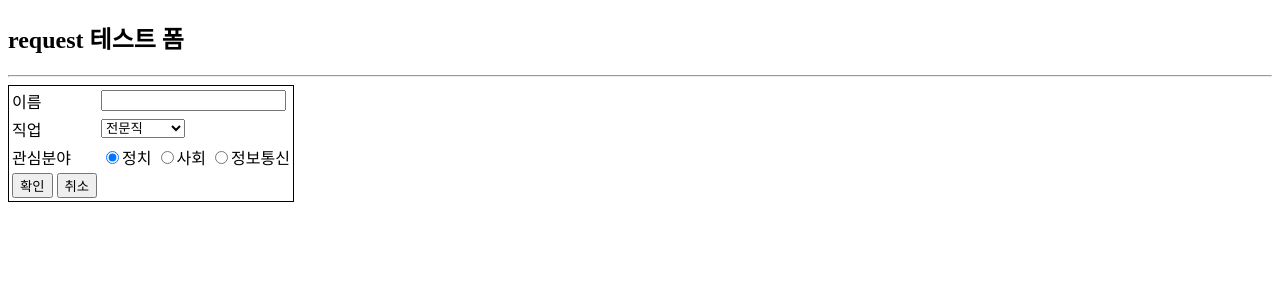
Repository: jemin7709/InternetProgramming2
Page: Pj/WebContent/request_test.html
These files come from the project's save history. The page is drawn as it stood at one moment and after the next save; the edit follows.
The browser window is 1280 px wide. The pictures show the whole page.

Above is the page before, as saved 2021-05-13 13:55:02.

### Pj/WebContent/request_test.html
<!DOCTYPE html>
<html>
<head>
<meta charset="UTF-8">
<title>Insert title here</title>
<style type="text/css">
	.tab{
		border: 1px solid black;
	}
</style>
</head>
<body>
<h2>request 테스트 폼</h2>
<hr>
<form method="post" action="request_test.jsp">
<table class="tab">
		<tr>
			<td>이름</td>
			<td><input type="text" name="name"></td>
		</tr>
		<tr>
			<td>직업</td>
			<td><select name="job">
				<option value="전문직" selected="selected">전문직</option>
				<option value="계약직">계약직</option>
				<option value="아르바이트">아르바이트</option>
			</select></td>
		</tr>
		<tr>
			<td>관심분야</td>
			<td>
				<input type="radio" name="category" value="정치" checked="checked">정치
				<input type="radio" name="category" value="사회">사회
				<input type="radio" name="category" value="정보통신">정보통신
			</td>
		</tr>
		<tr>
			<td>
				<input type="submit" value="확인">
				<input type="reset" value="취소">
			</td>
		</tr>
</table>
</form>
</body>
</html>

After the next save:
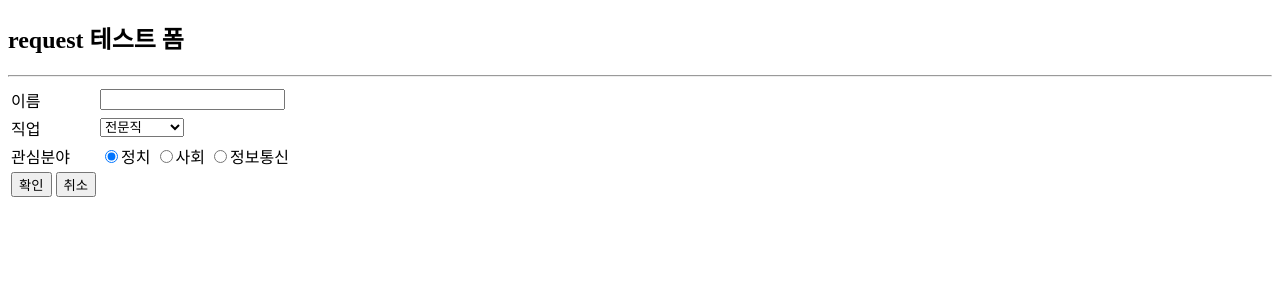
Saved 12 s later.
--- a/Pj/WebContent/request_test.html
+++ b/Pj/WebContent/request_test.html
@@ -4,7 +4,7 @@
 <meta charset="UTF-8">
 <title>Insert title here</title>
 <style type="text/css">
-	.tab{
+	.tab*{
 		border: 1px solid black;
 	}
 </style>
